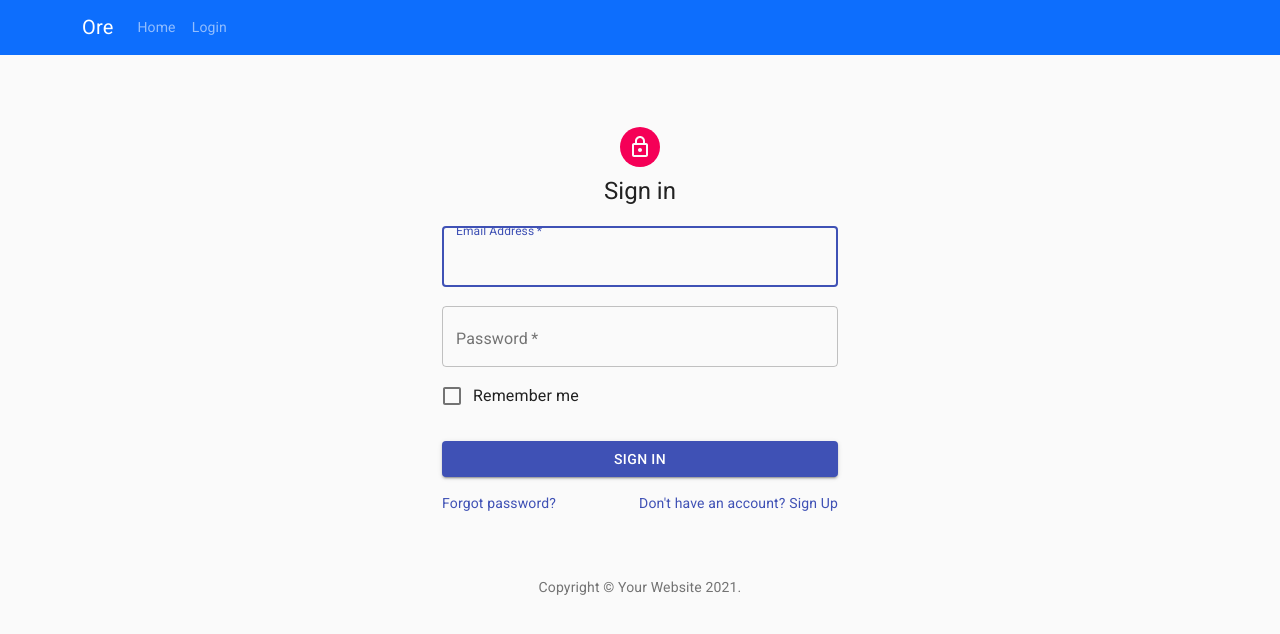
Repository: thf4/React-Front
Page: /login
These files come from the project's save history. The page is drawn as it stood at one moment and after the next save; the edit follows.
The browser window is 1280 px wide. The pictures show the whole page.
The project was rebuilt for these pictures with package versions that can differ from the ones it lists, and the page was loaded fresh each time. Also part of the build but not shown: src/config/index.js, src/pages/Home/index.js, src/pages/Vizualizar/index.js, src/config/cadastrar.js, src/pages/Cadastrar/index.js, src/pages/Editar/index.js, src/pages/HomePage/index.js.

Above is the page before, as saved 2021-05-07 16:15:09.

After the next save:
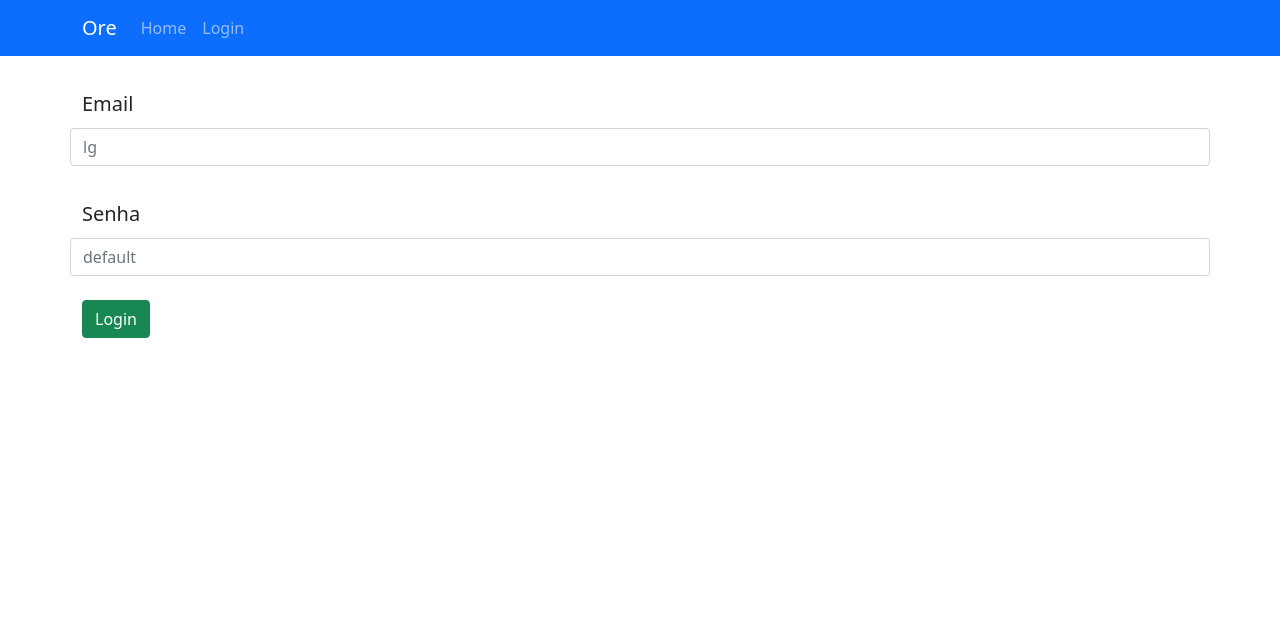
Saved 27 s later.
--- a/src/pages/Login/index.js
+++ b/src/pages/Login/index.js
@@ -1,117 +1,30 @@
-import React from 'react';
-import Avatar from '@material-ui/core/Avatar';
-import Button from '@material-ui/core/Button';
-import CssBaseline from '@material-ui/core/CssBaseline';
-import TextField from '@material-ui/core/TextField';
-import FormControlLabel from '@material-ui/core/FormControlLabel';
-import Checkbox from '@material-ui/core/Checkbox';
-import Link from '@material-ui/core/Link';
-import Grid from '@material-ui/core/Grid';
-import Box from '@material-ui/core/Box';
-import LockOutlinedIcon from '@material-ui/icons/LockOutlined';
-import Typography from '@material-ui/core/Typography';
-import { makeStyles } from '@material-ui/core/styles';
-import Container from '@material-ui/core/Container';
+import React from "react";
+import { Button, Form, FormGroup, Label, Input, Container } from "reactstrap";
+export const Login = (props) => {
+  return (
 
-function Copyright() {
-  return (
-    <Typography variant="body2" color="textSecondary" align="center">
-      {'Copyright © '}
-      <Link color="inherit" href="https://material-ui.com/">
-        Your Website
-      </Link>{' '}
-      {new Date().getFullYear()}
-      {'.'}
-    </Typography>
+      <Form>
+        <Container>
+        <FormGroup row className="mt-4 sm-4">
+          <Label for="email"  size="lg">
+            Email
+          </Label>
+          <Input type="email" name="email" id="email" placeholder="lg" />
+        </FormGroup>
+        <FormGroup row className="mt-4">
+          <Label for="paswword "  size="lg">
+            Senha
+          </Label>
+          <Input
+            type="password"
+            name="password"
+            id="password"
+            placeholder="default"
+          />
+        </FormGroup>
+        <Button className="btn btn-success mt-4" > Login </Button>
+        </Container>
+      </Form>
+
   );
-}
-
-const useStyles = makeStyles((theme) => ({
-  paper: {
-    marginTop: theme.spacing(8),
-    display: 'flex',
-    flexDirection: 'column',
-    alignItems: 'center',
-  },
-  avatar: {
-    margin: theme.spacing(1),
-    backgroundColor: theme.palette.secondary.main,
-  },
-  form: {
-    width: '100%', // Fix IE 11 issue.
-    marginTop: theme.spacing(1),
-  },
-  submit: {
-    margin: theme.spacing(3, 0, 2),
-  },
-}));
-
-export const Login = () => {
-  const classes = useStyles();
-
-  return (
-    <Container component="main" maxWidth="xs">
-      <CssBaseline />
-      <div className={classes.paper}>
-        <Avatar className={classes.avatar}>
-          <LockOutlinedIcon />
-        </Avatar>
-        <Typography component="h1" variant="h5">
-          Sign in
-        </Typography>
-        <form className={classes.form} noValidate>
-          <TextField
-            variant="outlined"
-            margin="normal"
-            required
-            fullWidth
-            id="email"
-            label="Email Address"
-            name="email"
-            autoComplete="email"
-            autoFocus
-          />
-          <TextField
-            variant="outlined"
-            margin="normal"
-            required
-            fullWidth
-            name="password"
-            label="Password"
-            type="password"
-            id="password"
-            autoComplete="current-password"
-          />
-          <FormControlLabel
-            control={<Checkbox value="remember" color="primary" />}
-            label="Remember me"
-          />
-          <Button
-            type="submit"
-            fullWidth
-            variant="contained"
-            color="primary"
-            className={classes.submit}
-          >
-            Sign In
-          </Button>
-          <Grid container>
-            <Grid item xs>
-              <Link href="#" variant="body2">
-                Forgot password?
-              </Link>
-            </Grid>
-            <Grid item>
-              <Link href="#" variant="body2">
-                {"Don't have an account? Sign Up"}
-              </Link>
-            </Grid>
-          </Grid>
-        </form>
-      </div>
-      <Box mt={8}>
-        <Copyright />
-      </Box>
-    </Container>
-  );
-}
+};
